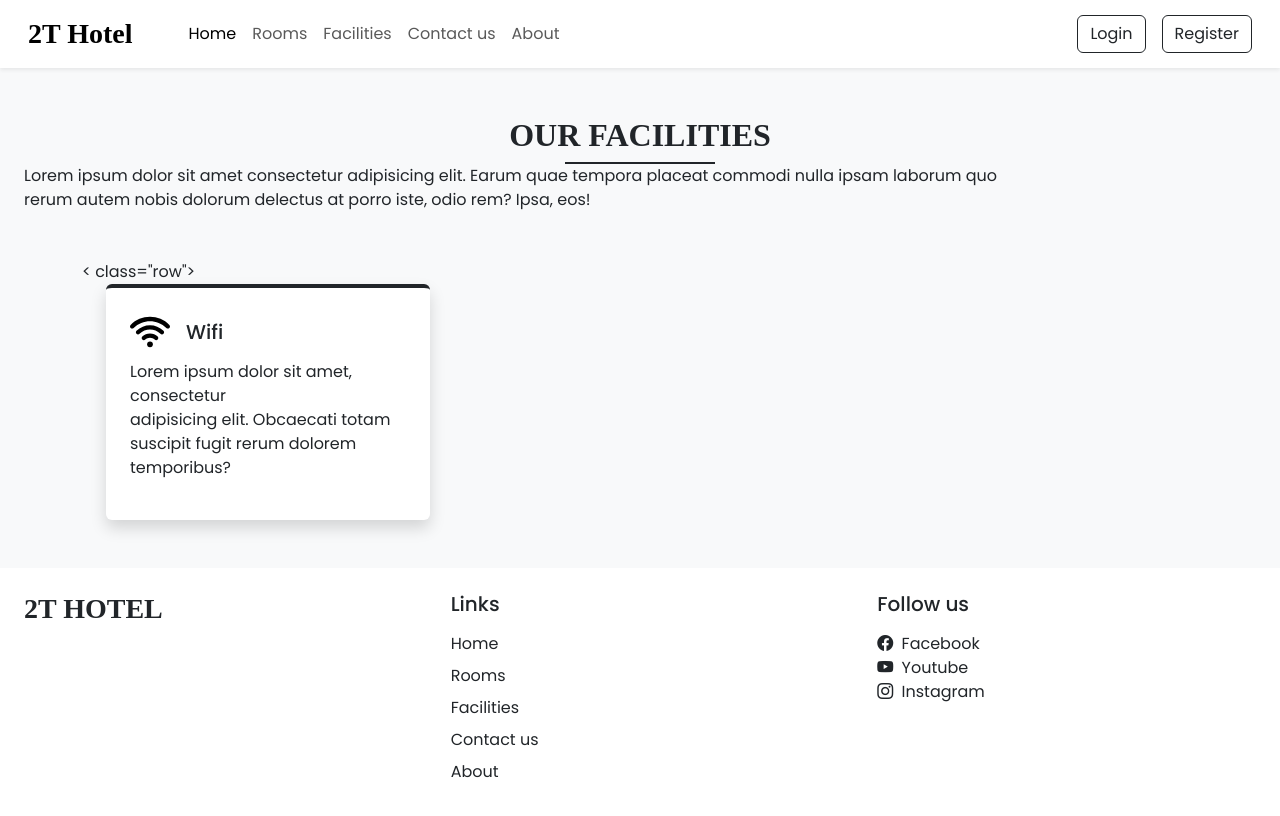
Repository: ntruong0906/desktop-tutorial
Page: http://localhost/facilities.php
These files come from the project's save history. The page is drawn as it stood at one moment and after the next save; the edit follows.
The browser window is 1280 px wide. The pictures show the whole page.
Some web fonts or font styles are not loaded; a fallback is used. The page is run by PHP 8.4 with error messages shown; the project is at /var/www/html/.

Above is the page before, as saved 2024-03-17 16:32:39.

After the next save:
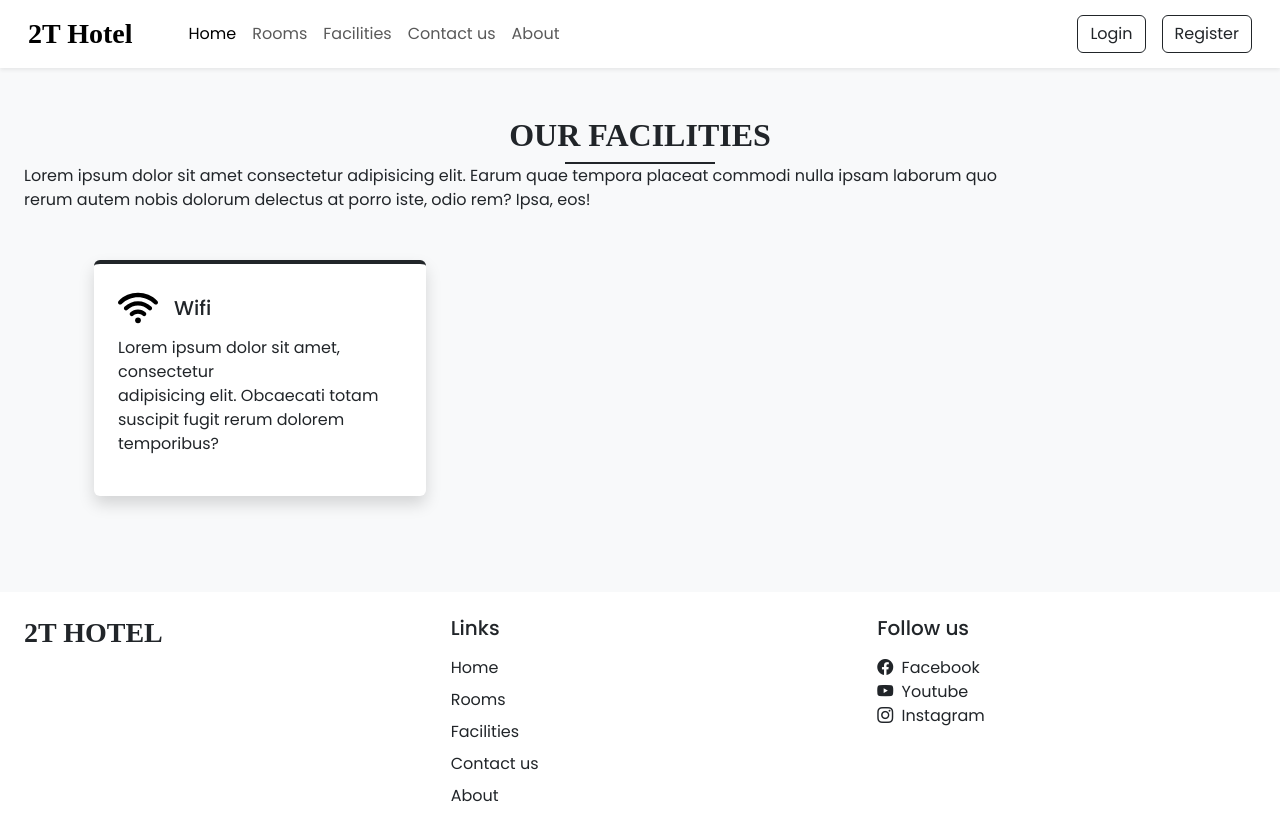
Saved 16 s later.
--- a/WebsiteBookingHotel/facilities.php
+++ b/WebsiteBookingHotel/facilities.php
@@ -28,7 +28,7 @@
             laborum quo <br> rerum autem nobis dolorum delectus at porro iste, odio rem? Ipsa, eos!</p>
     </div>
     <div class="container">
-        < class="row">
+        <div class="row">
             <div class="col-lg-4 col-md-6 mb-5 px-4">
                 <div class="bg-white rounded shadow p-4 border-top border-4 border-dark">
                     <div class="d-flex align-items-center mb-2">
@@ -40,7 +40,7 @@
                         dolorem temporibus?</p>
                 </div>
             </div>
-    </div>
+        </div>
     </div>
     <!-- footer -->
     <?php require('inc/footer.php'); ?>
